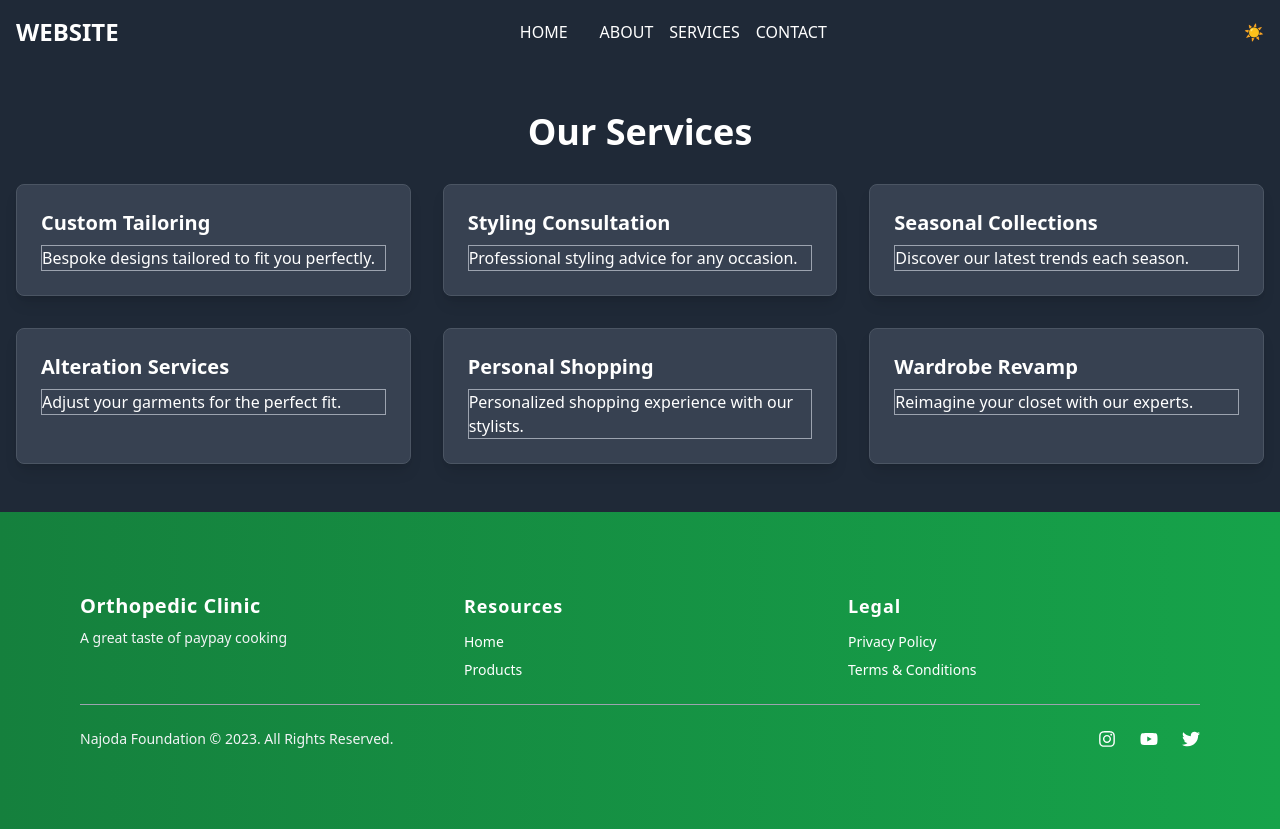
Repository: countaustin1990/file-C-Users-user-Documents-Final-20Cart
Page: /services (app in Documents/BXXXN/my-app/)
An editor plug-in stored every save of this project. The page is shown before and after the next save, followed by the edit.
The browser window is 1280 px wide. The pictures show the whole page.
The project was rebuilt for these pictures with package versions that can differ from the ones it lists, and the page was loaded fresh each time. Also part of the build but not shown: Documents/BXXXN/my-app/vite.config.js, Documents/BXXXN/my-app/src/components/folder/HeroSection.test.jsx, Documents/BXXXN/my-app/src/components/horizontalscroll/style.css, Documents/BXXXN/my-app/src/components/horizontalscroll/HorizontalScroll.jsx, Documents/BXXXN/my-app/src/pages/home/Home.test.jsx, Documents/BXXXN/my-app/src/pages/contact/Contact.jsx, Documents/BXXXN/my-app/src/pages/about/About.jsx.

Above is the page before, as saved 2024-10-31 21:57:36.

### Documents/BXXXN/my-app/src/App.jsx
import { BrowserRouter as Router, Routes, Route } from 'react-router-dom';
import Navbar from './components/navbar/Navbar.pro';
import Home from './pages/home/Home.test';
import Footer from './components/footer/Footer';
import { useEffect, useState } from 'react';
import Contact from './pages/contact/Contact';
import About from './pages/about/About';
import Services from './pages/services/Services';

const App = () => {
  const [theme, setTheme] = useState('dark');

  // Toggle theme function
  const toggleTheme = () => {
    const newTheme = theme === 'light' ? 'dark' : 'light';
    setTheme(newTheme);
    localStorage.setItem('theme', newTheme);
  };

  useEffect(() => {
    const savedTheme = localStorage.getItem('theme');
    if (savedTheme) {
      setTheme(savedTheme);
    } else {
      setTheme('dark'); // Default to dark mode
    }
  }, []);

  return (
    <Router>
      <Navbar toggleTheme={toggleTheme} theme={theme} />
      <Routes>
        <Route path="/home" element={<Home theme={theme} />} /> {/* Pass theme prop to Home */}
        {/* Add more routes as needed */}
        <Route path="/about" element={<About theme={theme} />} />
        <Route path="/services" element={<Services theme={theme} />} />
        <Route path="/contact" element={<Contact theme={theme} />} />
      </Routes>
      <Footer />
    </Router>
  );
};

export default App;

### Documents/BXXXN/my-app/src/index.css
@tailwind base;
@tailwind components;
@tailwind utilities;

/* Global Styles */
.app {
  transition: background-color 0.3s ease-in-out;
}

/* Light and Dark Mode Styles */
.light-mode {
  background-color: #f0f0f0;
  color: #000;
}

.dark-mode {
  background-color: #1e1e1e;
  color: #fff;
}

/* Hero Section */
.hero {
  display: flex;
  justify-content: center;
  align-items: center;
  height: 70svh;
  text-align: center;
}

.hero-content h1 {
  font-size: 2.5rem;
  margin-bottom: 1rem;
}

.hero-content p {
  font-size: 1.2rem;
  margin-bottom: 1.5rem;
}

.cta-button {
  padding: 0.75rem 1.5rem;
  font-size: 1rem;
  background-color: rgb(22 163 74);

  color: white;
  border: none;
  cursor: pointer;
  border-radius: 5px;
}

.cta-button:hover {
  background-color: #22923c;
}

/* Toggle Switch Styles */
.switch {
  position: relative;
  display: inline-block;
  width: 60px;
  height: 34px;
  margin-top: 20px;
}

.switch input {
  opacity: 0;
  width: 0;
  height: 0;
}

.slider {
  position: absolute;
  cursor: pointer;
  top: 0;
  left: 0;
  right: 0;
  bottom: 0;
  background-color: #ccc;
  transition: 0.4s;
  border-radius: 34px;
}

.slider:before {
  position: absolute;
  content: "";
  height: 26px;
  width: 26px;
  border-radius: 50%;
  left: 4px;
  bottom: 4px;
  background-color: white;
  transition: 0.4s;
}

input:checked + .slider {
  background-color: #5494de;
}

input:checked + .slider:before {
  transform: translateX(26px);
}

/* Decoration (Additional Styling) */
.decoration {
  position: absolute;
  right: 10px;
  top: 5px;
  width: 8px;
  height: 8px;
  background-color: yellow;
  border-radius: 50%;
  box-shadow: 0 0 5px 2px yellow;
}

### Documents/BXXXN/my-app/src/components/navbar/Navbar.pro.jsx
import PropTypes from 'prop-types';
import { useState } from 'react';
import { Link } from 'react-router-dom';

const Navbar = ({ theme, toggleTheme }) => {
  const [isMenuOpen, setIsMenuOpen] = useState(false);

  const handleMenuToggle = () => {
    setIsMenuOpen(!isMenuOpen);
  };

  return (
    <nav className={`navbar ${theme === 'light' ? 'bg-white text-black' : 'bg-gray-800 text-white'} transition-colors duration-300`}>
      <div className="container mx-auto flex justify-between items-center p-4">
        {/* Website Name */}
        <h1 className="text-2xl font-bold uppercase">Website</h1>

        {/* Links for Desktop */}
        <ul className="hidden md:flex space-x-4 uppercase">
          <li><Link to="home" className="hover:underline">Home</Link></li>
          <li><Link to="about" className="hover:underline">About</Link></li>
          <li><Link to="services" className="hover:underline">Services</Link></li>
          <li><Link to="contact" className="hover:underline">Contact</Link></li>
        </ul>

        {/* Theme Toggle Button */}
        <button onClick={toggleTheme} className="ml-4 toggle-theme" aria-label={`Switch to ${theme === 'light' ? 'dark' : 'light'} mode`}>
          {theme === 'light' ? '🌙' : '☀️'}
        </button>

        {/* Mobile Menu Button */}
        <button
          onClick={handleMenuToggle}
          className="block md:hidden focus:outline-none ml-4"
          aria-label="Toggle menu"
        >
          {isMenuOpen ? '✖' : '☰'} {/* Menu icon changes when clicked */}
        </button>
      </div>

      {/* Links for Mobile */}
      {isMenuOpen && (
        <ul className={`md:hidden p-4 space-y-2 ${theme === 'light' ? 'bg-white text-black' : 'bg-gray-800 text-white'}`}>
          <li><Link to="home" className="block">Home</Link></li>
          <li><Link to="about" className="block">About</Link></li>
          <li><Link to="services" className="block">Services</Link></li>
          <li><Link to="contact" className="block">Contact</Link></li>
        </ul>
      )}
    </nav>
  );
};

Navbar.propTypes = {
  theme: PropTypes.string.isRequired,
  toggleTheme: PropTypes.func.isRequired,
};

export default Navbar;

### Documents/BXXXN/my-app/src/components/footer/Footer.jsx
import { Link } from "react-router-dom";
import { FaYoutube, FaTwitter, FaInstagram } from "react-icons/fa";



const Footer = () => {
  const scrollToTop = () => {
    window.scrollTo({
      top: 0,
      behavior: 'smooth', // Smooth scroll
    });
  };
  return (
    <footer className="bg-gradient-to-r from-green-700 to-green-600 text-white p-16">
      <div className="w-full max-w-full p-4">
        <div className="grid grid-cols-1 md:grid-cols-3 gap-8">
          <div>
            <Link to="/" className="flex items-center space-x-5"  onClick={scrollToTop}>
              {/* Add Logo if necessary */}
              <span className="text-xl font-bold capitalize tracking-wide">
                Orthopedic Clinic
              </span>
            </Link>
            <p className="mt-2 text-sm text-gray-100">
              A great taste of paypay cooking
            </p>
          </div>

          <div>
            <h2 className="mb-3 text-lg font-semibold tracking-wider">
              Resources
            </h2>
            <ul className="space-y-2 text-sm">
              <li>
                <Link to="/" className="hover:text-gray-100 transition duration-300"  onClick={scrollToTop}>Home</Link>
              </li>
              <li>
                <Link to="/products" className="hover:text-gray-100 transition duration-300"  onClick={scrollToTop}>Products</Link>
              </li>
              {/*<li>
                <Link to="/services" className="hover:text-gray-100 transition duration-300">Services</Link>
              </li>
              <li>
                <Link to="/contact" className="hover:text-gray-100 transition duration-300">Contact</Link>
              </li>
              <li>
                <Link to="/blog" className="hover:text-gray-100 transition duration-300">Blog</Link>
              </li>*/}
            </ul>
          </div>

          <div>
            <h2 className="mb-3 text-lg font-semibold tracking-wider">
              Legal
            </h2>
            <ul className="space-y-2 text-sm">
              <li>
                <Link to="/privacy-policy" className="hover:text-gray-100 transition duration-300">Privacy Policy</Link>
              </li>
              <li>
                <Link to="/terms-conditions" className="hover:text-gray-100 transition duration-300">Terms & Conditions</Link>
              </li>
            </ul>
          </div>
        </div>

        <hr className="my-6 border-gray-400" />

        <div className="flex justify-between items-center">
          <span className="text-sm text-gray-100">
            Najoda Foundation © 2023. All Rights Reserved.
          </span>
          <div className="flex space-x-6">
            <a
              href="https://instagram.com"
              className="hover:text-white transition duration-300"
              target="_blank"
              rel="noopener noreferrer"
            >
              <FaInstagram size={18} />
              <span className="sr-only">Instagram</span>
            </a>
            <a
              href="https://youtube.com"
              className="hover:text-white transition duration-300"
              target="_blank"
              rel="noopener noreferrer"
            >
              <FaYoutube size={18} />
              <span className="sr-only">YouTube</span>
            </a>
            <a
              href="https://twitter.com"
              className="hover:text-white transition duration-300"
              target="_blank"
              rel="noopener noreferrer"
            >
              <FaTwitter size={18} />
              <span className="sr-only">Twitter</span>
            </a>
          </div>
        </div>
      </div>
    </footer>
  );
};

export default Footer;

### Documents/BXXXN/my-app/src/pages/services/Services.jsx
import PropTypes from 'prop-types';

const Services = ({ theme }) => {
  const services = [
    { title: "Custom Tailoring", description: "Bespoke designs tailored to fit you perfectly." },
    { title: "Styling Consultation", description: "Professional styling advice for any occasion." },
    { title: "Seasonal Collections", description: "Discover our latest trends each season." },
    { title: "Alteration Services", description: "Adjust your garments for the perfect fit." },
    { title: "Personal Shopping", description: "Personalized shopping experience with our stylists." },
    { title: "Wardrobe Revamp", description: "Reimagine your closet with our experts." },
  ];

  return (
    <div className={`container-fluid py-12 px-4 ${theme === 'light' ? 'bg-white text-gray-800' : 'bg-gray-800 text-white'}`}>
      <h1 className="text-4xl font-bold text-center mb-8">Our Services</h1>
      <div className="grid grid-cols-1 md:grid-cols-2 lg:grid-cols-3 gap-8">
        {services.map((service, index) => (
          <div
            key={index}
            className={`p-6 shadow-lg rounded-lg transition-transform transform hover:scale-105 ${theme === 'light' ? 'bg-white border border-gray-300' : 'bg-gray-700 border border-gray-600'}`}
          >
            <h2 className="text-xl font-semibold mb-2">{service.title}</h2>
            <p className={`${theme === 'light' ? 'bg-white border border-gray-300' : 'bg-gray-700 border border-gray-400'}`}>{service.description}</p>
          </div>
        ))}
      </div>
    </div>
  );
};

// PropTypes validation
Services.propTypes = {
  theme: PropTypes.string.isRequired,
};

export default Services;

### Documents/BXXXN/my-app/src/components/folder/style.css
/* style.css */
.app.dark-mode {
  background-color: #1a1a2e;
  color: #fff;
}

.app.light-mode {
  background-color: #f4f4f9;
  color: #333;
}

.hero-content h1 {
  font-size: 3rem;
}

.cta-button {
  padding: 0.5rem 2rem;
  background-color: #15983e;
  color: white;
  border: none;
  border-radius: 0.25rem;
  cursor: pointer;
}

.cta-button:hover {
  background-color: #157b3c;
}

/* Dark/Light Mode Toggle Styles */
.switch {
  position: relative;
  display: inline-block;
  width: 60px;
  height: 34px;
}

.switch input {
  opacity: 0;
  width: 0;
  height: 0;
}

.slider {
  position: absolute;
  top: 0;
  left: 0;
  right: 0;
  bottom: 0;
  background-color: #ccc;
  border-radius: 34px;
}

.slider:before {
  position: absolute;
  content: "";
  height: 26px;
  width: 26px;
  left: 4px;
  bottom: 4px;
  background-color: white;
  border-radius: 50%;
  transition: 0.4s;
}

input:checked + .slider {
  background-color: #2196F3;
}

input:checked + .slider:before {
  transform: translateX(26px);
}

/* Additional Styles */
.flex {
  display: flex;
}

.space-x-4 > *:not(:last-child) {
  margin-right: 1rem;
}

Loaded but not shown: Documents/BXXXN/my-app/index.html (common file); Documents/BXXXN/my-app/src/main.jsx (common file); Documents/BXXXN/my-app/tailwind.config.js (common file)

After the next save:
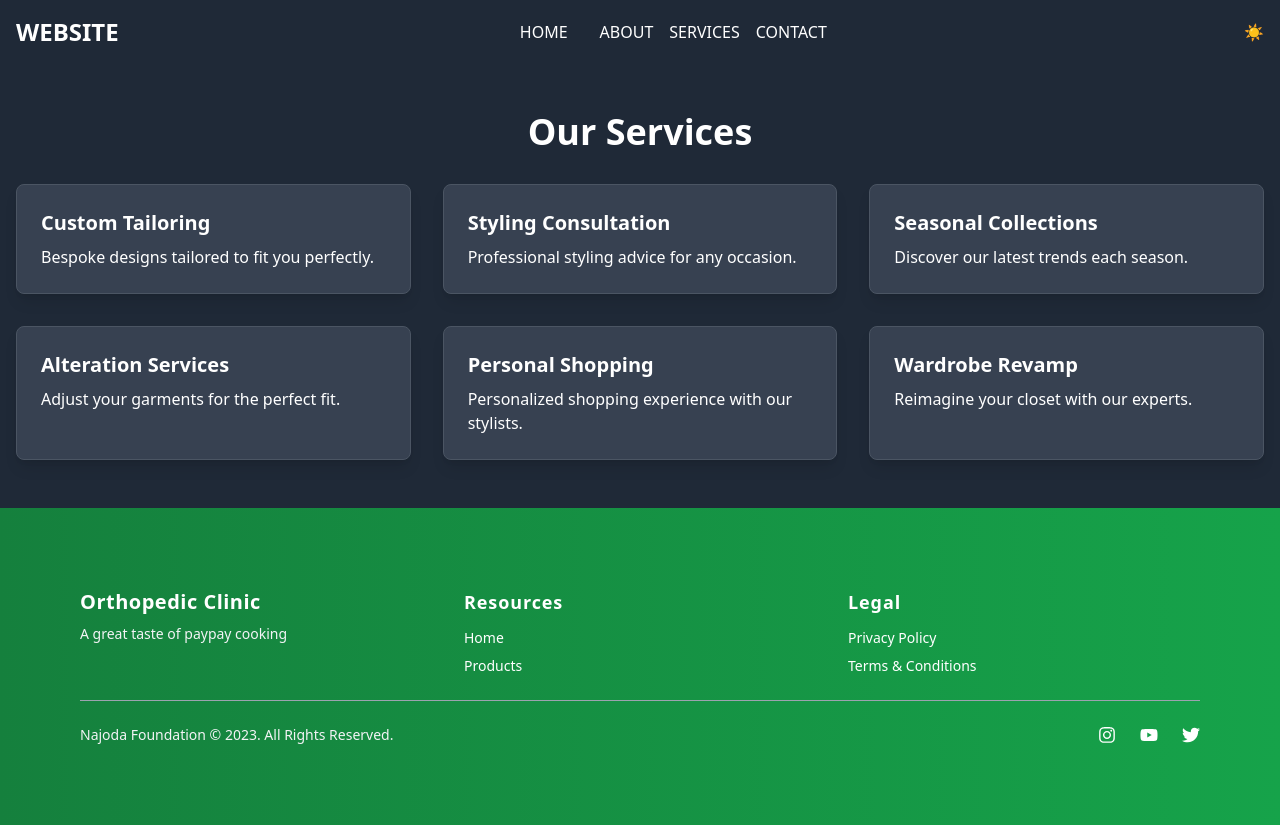
Saved 17 s later.
--- a/Documents/BXXXN/my-app/src/pages/services/Services.jsx
+++ b/Documents/BXXXN/my-app/src/pages/services/Services.jsx
@@ -20,7 +20,7 @@ const Services = ({ theme }) => {
             className={`p-6 shadow-lg rounded-lg transition-transform transform hover:scale-105 ${theme === 'light' ? 'bg-white border border-gray-300' : 'bg-gray-700 border border-gray-600'}`}
           >
             <h2 className="text-xl font-semibold mb-2">{service.title}</h2>
-            <p className={`${theme === 'light' ? 'bg-white border border-gray-300' : 'bg-gray-700 border border-gray-400'}`}>{service.description}</p>
+            <p className={`${theme === 'light' ? 'bg-white border border-gray-300' : 'bg-gray-700 border border-none'}`}>{service.description}</p>
           </div>
         ))}
       </div>
